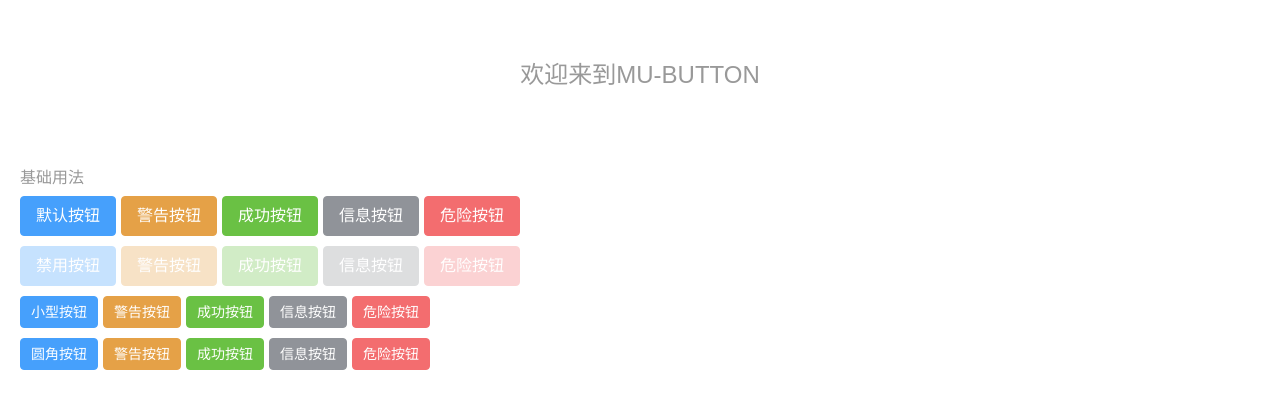
Repository: HuoXiaoYe/huoxiaoye_mumu
Page: /
These files come from the project's save history. The page is drawn as it stood at one moment and after the next save; the edit follows.
The browser window is 1280 px wide. The pictures show the whole page.
The project was rebuilt for these pictures with package versions that can differ from the ones it lists, and the page was loaded fresh each time.

Above is the page before, as saved 2020-07-04 17:37:31.

### src/App.tsx
import React from 'react';
import './App.css';
import "@/assets/less/reset.less"
import ButtonWrap from "./pages/buttonWrap/buttonWrap"

function App() {
  return (
    <div className="App">
      <ButtonWrap />
    </div>
  );
}

export default App;

### src/pages/buttonWrap/buttonWrap.tsx
import React,{useState} from "react"
import "./index.less"
import MUButton from "../../components/button/button"
import Title from "../components/title/title"


interface Ibutton {
    type:string,
    value:string
}

function ButtonWrap() {
    const [buttonList] = useState<Ibutton[]>([
        {
            type:"",
            value:"默认按钮"
        },
        {
            type:"warning",
            value:"警告按钮"
        },
        {
            type:"success",
            value:"成功按钮"
        },
        {
            type:"info",
            value:"信息按钮"
        },
        {
            type:"danger",
            value:"危险按钮"
        }
    ])
    return (
        <div className="button-wrap">
            <Title type="first">MU-BUTTON</Title>
            <div className="button-item">
                <Title type="second">基础用法</Title>
                <ul>
                    <li><MUButton>默认按钮</MUButton></li>
                    <li><MUButton type="warning">警告按钮</MUButton></li>
                    <li><MUButton type="success">成功按钮</MUButton></li>
                    <li><MUButton type="info">信息按钮</MUButton></li>
                    <li><MUButton type="danger">危险按钮</MUButton></li>
                </ul>
                <ul>
                    <li><MUButton disabled={true}>禁用按钮</MUButton></li>
                    <li><MUButton disabled={true} type="warning">警告按钮</MUButton></li>
                    <li><MUButton disabled={true} type="success">成功按钮</MUButton></li>
                    <li><MUButton disabled={true} type="info">信息按钮</MUButton></li>
                    <li><MUButton disabled={true} type="danger">危险按钮</MUButton></li>
                </ul>

                <ul>
                    <li><MUButton size="small">小型按钮</MUButton></li>
                    <li><MUButton size="small" type="warning">警告按钮</MUButton></li>
                    <li><MUButton size="small" type="success">成功按钮</MUButton></li>
                    <li><MUButton size="small" type="info">信息按钮</MUButton></li>
                    <li><MUButton size="small" type="danger">危险按钮</MUButton></li>
                </ul>


                <ul>
                    <li><MUButton size="small" circle={true}>圆角按钮</MUButton></li>
                    <li><MUButton size="small" circle={true} type="warning">警告按钮</MUButton></li>
                    <li><MUButton size="small" circle={true} type="success">成功按钮</MUButton></li>
                    <li><MUButton size="small" circle={true} type="info">信息按钮</MUButton></li>
                    <li><MUButton size="small" circle={true} type="danger">危险按钮</MUButton></li>
                </ul>
            </div>

        </div>
    )
}

export default ButtonWrap

### src/pages/buttonWrap/index.less
@import '@/assets/less/common.less';

.button-wrap{

    .button-item{
        padding: 20px;

        ul{
            margin-top: 5px;
            display: flex;
            flex-wrap: wrap;
            li{
                margin-right: 5px;
                margin-top: 5px;
            }
        }
    }
}

### src/components/button/button.tsx
import React, { useEffect,useState } from 'react'
import { IProps } from "@/tsconfig/MUButton"
import "./index.less"


function MUButton(props: IProps) {
    const [btnClass,setBtnClass] = useState<string[]>(['mu-button'])
    useEffect(() => {
        console.log("initional");
        let tempBtnClass:string[] = []
        if(props.type){
            tempBtnClass.push('mu-' + props.type)
        }else{
            tempBtnClass.push('mu-primary')
        }
        if(props.size){
            tempBtnClass.push('mu-' + props.size)
        }else{
            tempBtnClass.push('mu-normal')
        }
        if(props.disabled){
            tempBtnClass.push('mu-disabled')
        }
        setBtnClass([...btnClass,...tempBtnClass])
    // eslint-disable-next-line react-hooks/exhaustive-deps
    },[props])
    return (
        <button type="button" className={btnClass.join(' ')} disabled={props.disabled}>
            {/* <i className="lake-loading"></i>
            <slot className="icon"></slot> */}
            {
                props.children
            }
        </button >
    )
}

export default MUButton

### src/pages/components/title/title.tsx
/* eslint-disable react-hooks/exhaustive-deps */
import React, {useState,useEffect} from "react"
import "./index.less"

type titleType = 'first' | 'second'

interface IProps {
    type : titleType,
    children?:any
}

function Title(props:IProps){
    const [,setClassName ]= useState<titleType>('first');
    useEffect(()=>{
        setClassName(props.type)
    })

    return (
        <div className="title-wrap">
            {
                props.type === 'first' ?
                <div className="firse-level">
                    欢迎来到
                    {
                        props.children
                    }
                </div>:
                <div className="second-level">
                    {
                        props.children
                    }
                </div>
            }
        </div>
    )
}

export default Title

### src/assets/less/common.less
@charset "utf-8";html{background-color:#fff;color:#000;font-size:12px}
body,ul,ol,dl,dd,h1,h2,h3,h4,h5,h6,figure,form,fieldset,legend,input,textarea,button,p,blockquote,th,td,pre,xmp{margin:0;padding:0}
body,input,textarea,button,select,pre,xmp,tt,code,kbd,samp{line-height:1.5;font-family:tahoma,arial,"Hiragino Sans GB",simsun,sans-serif}
h1,h2,h3,h4,h5,h6,small,big,input,textarea,button,select{font-size:100%}
h1,h2,h3,h4,h5,h6{font-family:tahoma,arial,"Hiragino Sans GB","微软雅黑",simsun,sans-serif}
h1,h2,h3,h4,h5,h6,b,strong{font-weight:normal}
address,cite,dfn,em,i,optgroup,var{font-style:normal}
table{border-collapse:collapse;border-spacing:0;text-align:left}
caption,th{text-align:inherit}
ul,ol,menu{list-style:none}
fieldset,img{border:0}
img,object,input,textarea,button,select{vertical-align:middle}
article,aside,footer,header,section,nav,figure,figcaption,hgroup,details,menu{display:block}
audio,canvas,video{display:inline-block;*display:inline;*zoom:1}
blockquote:before,blockquote:after,q:before,q:after{content:"\0020"}
textarea{overflow:auto;resize:vertical}
input,textarea,button,select,a{outline:0 none;border: none;}
button::-moz-focus-inner,input::-moz-focus-inner{padding:0;border:0}
mark{background-color:transparent}
a,ins,s,u,del{text-decoration:none}
sup,sub{vertical-align:baseline}
html {overflow-x: hidden;height: 100%;font-size: 50px;-webkit-tap-highlight-color: transparent;}
body {font-family: Arial, "Microsoft Yahei", "Helvetica Neue", Helvetica, sans-serif;color: #333;font-size: .28em;line-height: 1;-webkit-text-size-adjust: none;}
hr {height: .02rem;margin: .1rem 0;border: medium none;border-top: .02rem solid #cacaca;}
a {color: #25a4bb;text-decoration: none;}

### src/components/button/index.less
@btnPrefixClass:mu;
@brand-primary:#46a0fc;
@brand-error: #e5a147;
@brand-info: #909399;
@brand-danger: #f36d6f;
.btnType(@color){
    color: #fff;
    background-color: @color;
    border-color: @color;
}
@brand-success: #6ac144;
    .@{btnPrefixClass}-button {
        display: block;
        outline: 0 none;
        box-sizing: border-box;
        padding: 13px 15px;
        text-align: center;
        font-size: 16px;
        // width: 100%;
        min-width: 64px;
        height: 48px;
        line-height: 22px;
        overflow: hidden;
        text-overflow: ellipsis;
        word-break: break-word;
        white-space: nowrap;
        color: #333;
        background-color: #fff;
        border: 1px solid #D8DEE6;
        border-radius: 4px;
        user-select: none;
        -webkit-tap-highlight-color: rgba(0, 0, 0, 0);
        -webkit-appearance: none;
        -webkit-font-smoothing: antialiased;
    }
    .mu-primary {
        color: #fff;
        background-color: @brand-primary;
        border-color: @brand-primary;
        line-height: 48px;
    }
    .mu-warning {
        color: #fff;
        background-color: @brand-error;
        border-color: @brand-error;
    }
    .mu-success{
        color: #fff;
        background-color: @brand-success;
        border-color: @brand-success;
    }
    .mu-info{
        .btnType(@brand-info)
    }
    .mu-danger{
        .btnType(@brand-danger)
    }
    .mu-outline {
        color: @brand-primary;
        background-color: #fff;
        border-color: #008DFC;
    }
    .mu-small {
        font-size: 14px;
        height: 32px;
        line-height: 20px;
        padding: 5px 10px;
    }

    .mu-normal {
        font-size: 16px;
        height: 40px;
        line-height: 22px;
        padding: 8px 15px;
    }

    .mu-inline {
        display: inline-block;
        vertical-align: top;
        width: auto;
    }
    .mu-loading {
        display: flex;
        align-items: center;
        justify-content: center;
    }
    .mu-disabled{
        opacity: 0.3;
    }
    .mu-loading {
        display: block;
        width: 12px;
        height: 12px;
        margin-right: 6px;
        border: 2px solid #e8e8e8;
        border-top-color: #c5c5c5;
        border-radius: 100%;
        animation: rotation 0.5s linear 0s infinite;
    }

    @keyframes rotation {
        from {
            transform: rotate(0deg);
        }
        to {
            transform: rotate(359deg);
        }
    }

### src/pages/components/title/index.less
.title-wrap{
    .firse-level{
        height: 150px;
        line-height: 150px;
        font-size: 24px;
        color: #999;
        text-align: center;
    }
    .second-level{
        font-size:16px;
        color: #999;
        text-align: left;
    }
}

Loaded but not shown: public/index.html (common file); src/index.tsx (common file); src/index.css (common file); src/App.css (common file); src/assets/less/reset.less (common file)

After the next save:
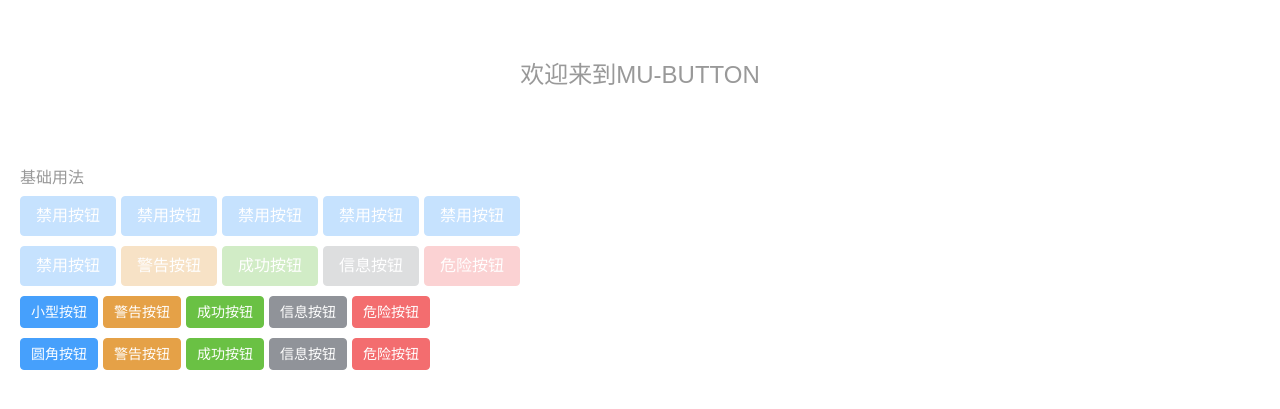
Saved 47 s later.
--- a/src/pages/buttonWrap/buttonWrap.tsx
+++ b/src/pages/buttonWrap/buttonWrap.tsx
@@ -38,11 +38,13 @@ function ButtonWrap() {
             <div className="button-item">
                 <Title type="second">基础用法</Title>
                 <ul>
-                    <li><MUButton>默认按钮</MUButton></li>
-                    <li><MUButton type="warning">警告按钮</MUButton></li>
-                    <li><MUButton type="success">成功按钮</MUButton></li>
-                    <li><MUButton type="info">信息按钮</MUButton></li>
-                    <li><MUButton type="danger">危险按钮</MUButton></li>
+                    {
+                        buttonList.map((item)=>{
+                            return (
+                                <li><MUButton disabled={true}>禁用按钮</MUButton></li>
+                            )
+                        })
+                    }
                 </ul>
                 <ul>
                     <li><MUButton disabled={true}>禁用按钮</MUButton></li>
